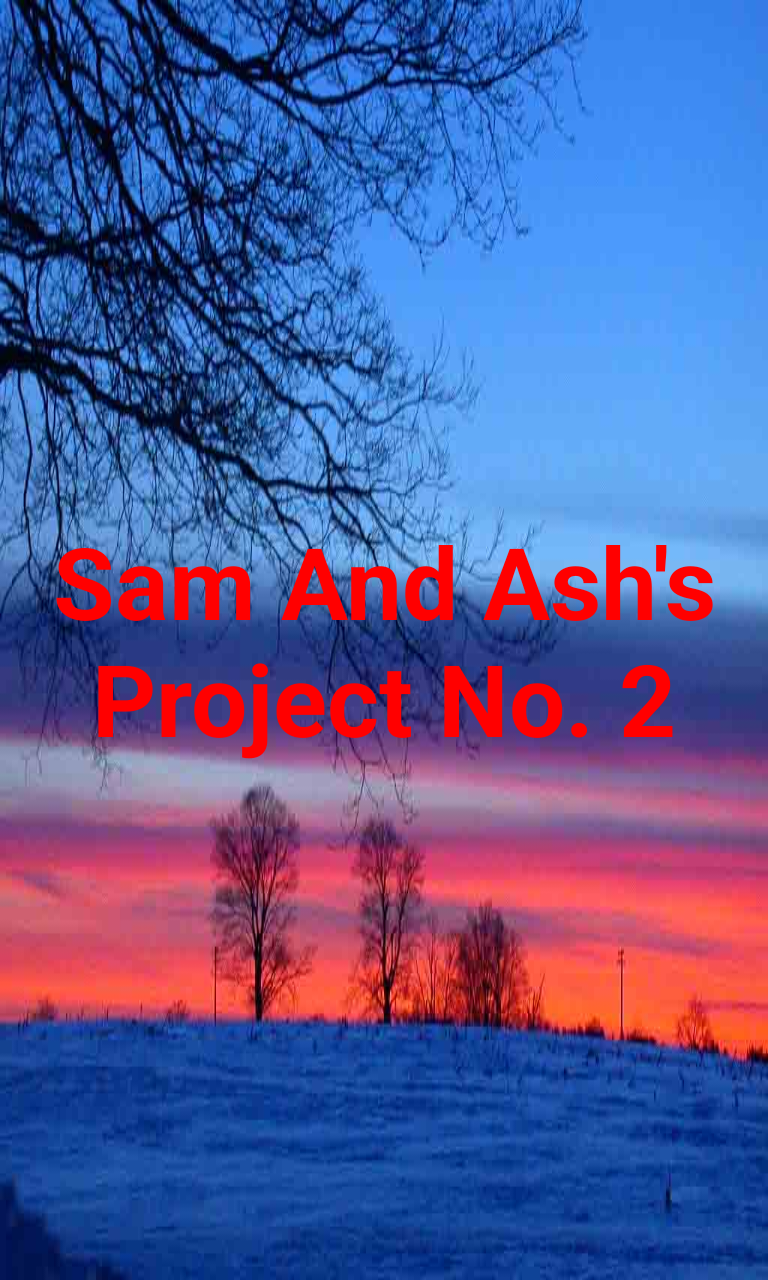
Repository: AshleyDeng/AndroidAppDevelopment
Layout: Samiul_Ashley_Android/Android Workspace/SamAndAshProject2_Converter/res/layout/initial_screen.xml
An editor plug-in stored every save of this project. The layout is shown before and after the next save, followed by the edit.
It is drawn on a 768 x 1280 px phone screen (xhdpi) without system bars, with theme AppTheme; the app's code is not run.

Above is the layout before, as saved 2013-01-18 00:37:50.

### Samiul_Ashley_Android/Android Workspace/SamAndAshProject2_Converter/res/layout/initial_screen.xml
<LinearLayout xmlns:android="http://schemas.android.com/apk/res/android"
    xmlns:tools="http://schemas.android.com/tools"
    android:layout_width="match_parent"
    android:layout_height="match_parent"
    android:background="@drawable/init_background"
    tools:context=".MainActivity" >

    <TextView
        android:layout_width="fill_parent"
        android:layout_height="fill_parent"
        android:layout_centerHorizontal="true"
        android:layout_centerVertical="true"
        android:gravity="center"
        android:text="Sam And Ash&apos;s Project No. 2"
        android:textSize="50sp"
        android:textStyle="bold"
        android:textColor="#FF0000" />

</LinearLayout>

Loaded but not shown: Samiul_Ashley_Android/Android Workspace/SamAndAshProject2_Converter/res/values/styles.xml (common file); Samiul_Ashley_Android/Android Workspace/SamAndAshProject2_Converter/res/values-v11/styles.xml (common file); Samiul_Ashley_Android/Android Workspace/SamAndAshProject2_Converter/res/values-v14/styles.xml (common file)

After the next save:
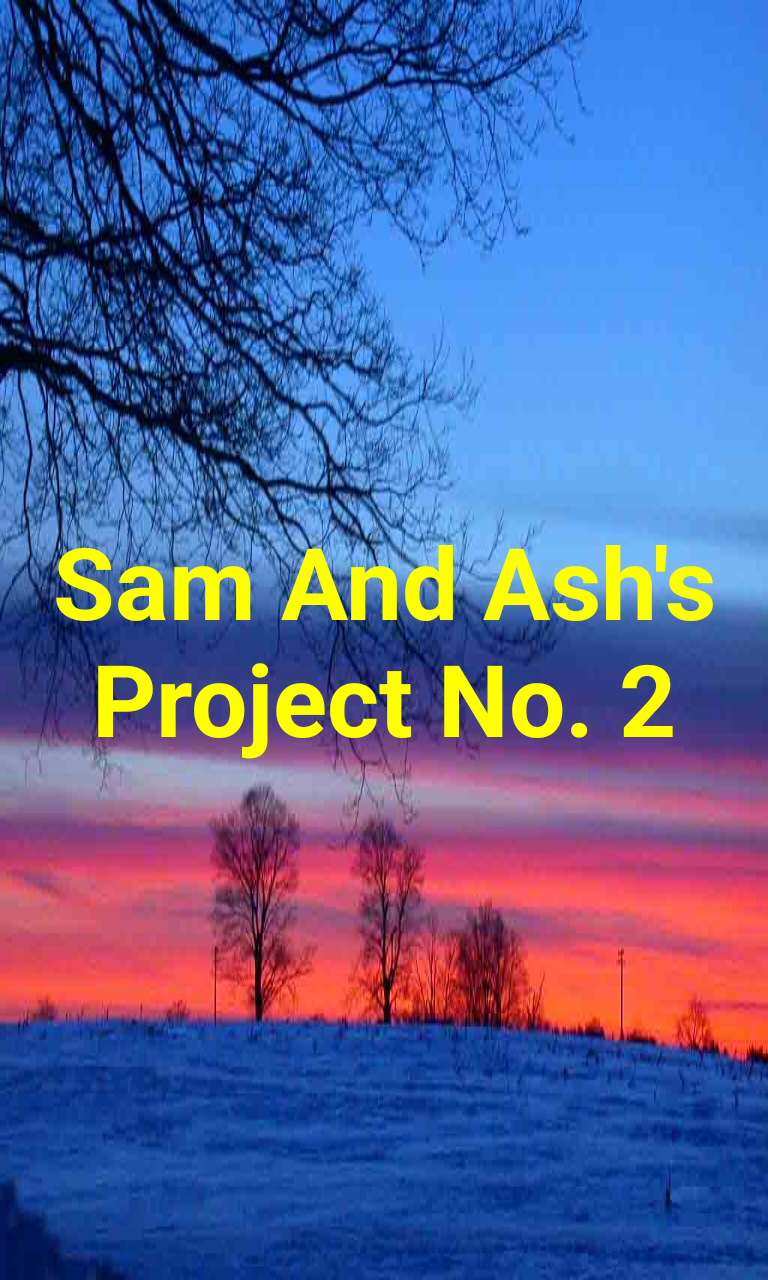
Saved 40 s later.
--- a/Samiul_Ashley_Android/Android Workspace/SamAndAshProject2_Converter/res/layout/initial_screen.xml
+++ b/Samiul_Ashley_Android/Android Workspace/SamAndAshProject2_Converter/res/layout/initial_screen.xml
@@ -14,6 +14,6 @@
         android:text="Sam And Ash&apos;s Project No. 2"
         android:textSize="50sp"
         android:textStyle="bold"
-        android:textColor="#FF0000" />
+        android:textColor="#FFFF00" />
 
 </LinearLayout>
